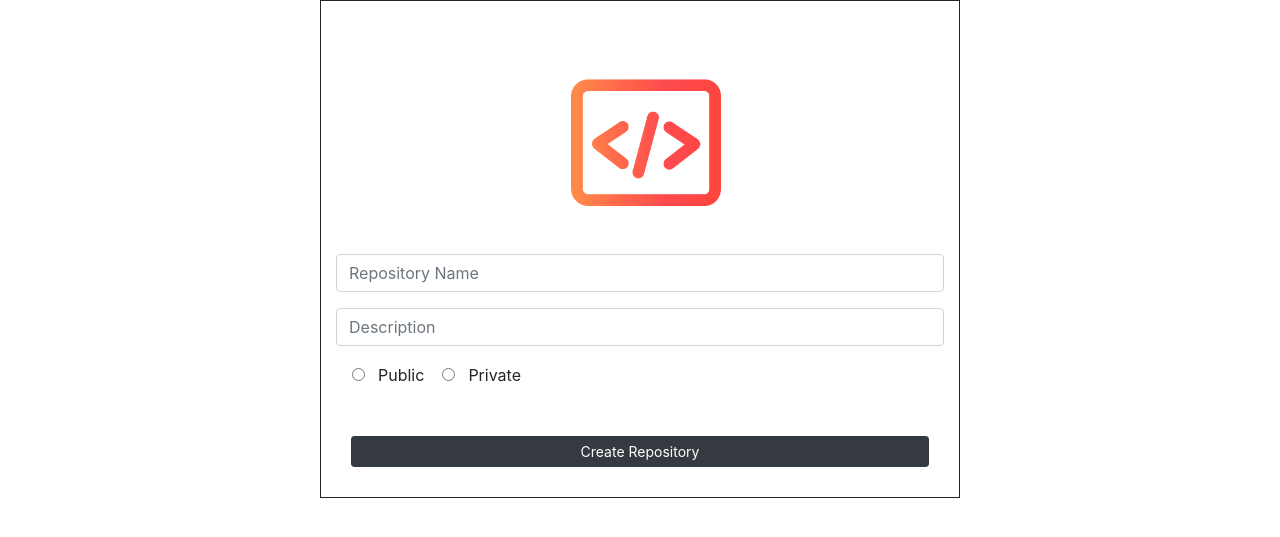
Repository: rashmikagamage/OAuth-Implementation
Page: /auth/github/callback (app in frontend/)
These files come from the project's save history. The page is drawn as it stood at one moment and after the next save; the edit follows.
The browser window is 1280 px wide. The pictures show the whole page.
Some web libraries are served in a nearby version. The project was rebuilt for these pictures with package versions that can differ from the ones it lists, and the page was loaded fresh each time. Also part of the build but not shown: frontend/src/css/twitter.css, frontend/src/components/login.js, frontend/src/components/twitter-home.js, frontend/src/components/login-git.js, frontend/src/App.css.

Above is the page before, as saved 2021-09-08 17:54:58.

### frontend/public/index.html
<!DOCTYPE html>
<html lang="en">
  <head>
    <meta charset="utf-8" />
    <link rel="icon" href="%PUBLIC_URL%/favicon.ico" />
    <meta name="viewport" content="width=device-width, initial-scale=1" />
    <meta name="theme-color" content="#000000" />
    <meta
      name="description"
      content="Web site created using create-react-app"
    />
    <link rel="apple-touch-icon" href="%PUBLIC_URL%/logo192.png" />
    <!--
      manifest.json provides metadata used when your web app is installed on a
      user's mobile device or desktop. See https://developers.google.com/web/fundamentals/web-app-manifest/
    -->
    <link rel="manifest" href="%PUBLIC_URL%/manifest.json" />
    <link rel="stylesheet" href="https://pro.fontawesome.com/releases/v5.13.0/css/all.css">
    <link rel="shortcut icon" href="%PUBLIC_URL%/favicon.ico">
    <!--
      Notice the use of %PUBLIC_URL% in the tags above.
      It will be replaced with the URL of the `public` folder during the build.
      Only files inside the `public` folder can be referenced from the HTML.

      Unlike "/favicon.ico" or "favicon.ico", "%PUBLIC_URL%/favicon.ico" will
      work correctly both with client-side routing and a non-root public URL.
      Learn how to configure a non-root public URL by running `npm run build`.
    -->
    <link rel="stylesheet" href="https://maxcdn.bootstrapcdn.com/bootstrap/4.0.0/css/bootstrap.min.css" integrity="sha384-Gn5384xqQ1aoWXA+058RXPxPg6fy4IWvTNh0E263XmFcJlSAwiGgFAW/dAiS6JXm" crossorigin="anonymous">
    <title>React App</title>

  </head>
  <body>

    <noscript>You need to enable JavaScript to run this app.</noscript>
    <div id="root"></div>
    <!--
      This HTML file is a template.
      If you open it directly in the browser, you will see an empty page.

      You can add webfonts, meta tags, or analytics to this file.
      The build step will place the bundled scripts into the <body> tag.

      To begin the development, run `npm start` or `yarn start`.
      To create a production bundle, use `npm run build` or `yarn build`.
    -->
    <script src="https://code.jquery.com/jquery-3.2.1.slim.min.js" integrity="sha384-KJ3o2DKtIkvYIK3UENzmM7KCkRr/rE9/Qpg6aAZGJwFDMVNA/GpGFF93hXpG5KkN" crossorigin="anonymous"></script>
    <script src="https://cdnjs.cloudflare.com/ajax/libs/popper.js/1.12.9/umd/popper.min.js" integrity="sha384-ApNbgh9B+Y1QKtv3Rn7W3mgPxhU9K/ScQsAP7hUibX39j7fakFPskvXusvfa0b4Q" crossorigin="anonymous"></script>
    <script src="https://maxcdn.bootstrapcdn.com/bootstrap/4.0.0/js/bootstrap.min.js" integrity="sha384-JZR6Spejh4U02d8jOt6vLEHfe/JQGiRRSQQxSfFWpi1MquVdAyjUar5+76PVCmYl" crossorigin="anonymous"></script>
  </body>
</html>

### frontend/src/App.js
import Login from './components/login';
import GitHome from './components/git-home';
import TwitterHome from './components/twitter-home';
import LoginGit from './components/login-git';
import {BrowserRouter as Router, Route} from "react-router-dom";
import './App.css';


function App() {
  return (

    <Router>{
      <div>
          <switch>
              <Route path="/login" component={Login}/>
              <Route path="/logingit" component={LoginGit}/>
              <Route path="/auth/github/callback" component={GitHome}/>
              <Route path="/twitterHome" component={TwitterHome}/>

          </switch>
      </div>
  }

  </Router>
  );
}

export default App;

### frontend/src/components/git-home.js
import "../css/git.css";
import code from "../images/code.png";
import React, { useState } from "react";
const axios = require("axios").default;

function GitHome(props) {
  function getRepos() {}
  return (
    <div class="main">
       <img src={code} alt="Avatar" class="img"></img>
      <form>
        <div class="form-group row mt-5">
          <input
            type="text"
            class="form-control"
            id="formGroupExampleInput"
            placeholder="Repository Name"
          ></input>
          <input
            type="text"
            class="form-control mt-3"
            id="formGroupExampleInput"
            placeholder="Description"
          ></input>
        </div>
        <table>
          <tr>
            <td>
              <div class="form-check">
                <input
                  class="form-check-input position-static"
                  type="radio"
                  name="public"
                  id="true"
                  value="option1"
                  aria-label="..."
                ></input>
              </div>
            </td>
            <td>
              <label class="form-check-label ml-1 mr-3" for="exampleRadios2">
                Public
              </label>
            </td>
            <td>
              <div class="form-check">
                <input
                  class="form-check-input position-static"
                  type="radio"
                  name="private"
                  id="false"
                  value="false"
                  aria-label="..."
                ></input>
              </div>
            </td>
            <td>
              <label class="form-check-label ml-1 mr-3" for="exampleRadios2">
                Private
              </label>
            </td>
          </tr>
        </table>
      </form>
      <button type="button" class="btn btn-dark btn-sm btn-block mt-5">Create Repository</button>
    </div>
  );
}

export default GitHome;

### frontend/src/css/git.css
.main{
  margin: auto;
  width: 50%;
  border-style: solid;
  border-width: 1px;
  padding: 30px;



}
.img{
    width: 150px;
    margin-left: 220px;
    margin-top:25px ;

}

Loaded but not shown: frontend/src/index.js (common file); frontend/src/index.css (common file); frontend/src/reportWebVitals.js (common file)

After the next save:
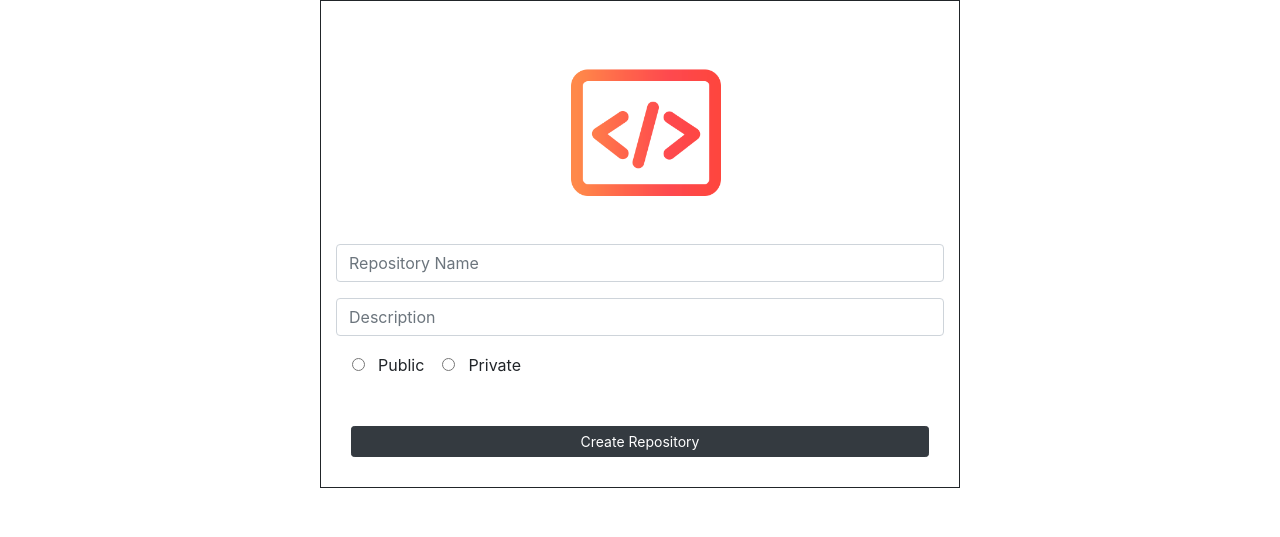
Saved 8 s later.
--- a/frontend/src/css/git.css
+++ b/frontend/src/css/git.css
@@ -11,6 +11,6 @@
 .img{
     width: 150px;
     margin-left: 220px;
-    margin-top:25px ;
+    margin-top:15px ;
 
 }
